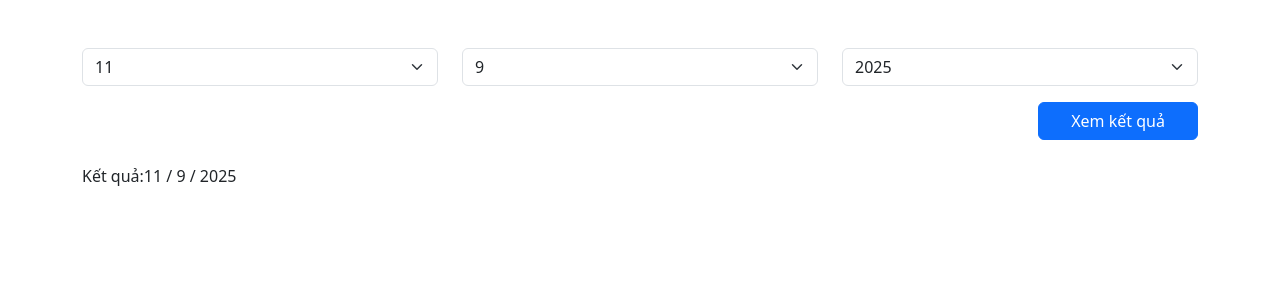
Repository: hoangngocnguyen/JavaNangCao
Page: http://localhost/Test/ngaythang.jsp
These files come from the project's save history. The page is drawn as it stood at one moment and after the next save; the edit follows.
The browser window is 1280 px wide. The pictures show the whole page.
After loading, the first visible `button.btn` was clicked once.
The page is served by Tomcat 10. Other server files are loaded and not shown.

Above is the page before, as saved 2025-09-12 15:29:32.

### Test/src/main/webapp/ngaythang.jsp
<%@page import="java.util.Calendar"%>
<%@ page language="java" contentType="text/html; charset=UTF-8" pageEncoding="UTF-8" %>
<!DOCTYPE html>
<html lang="en">

<head>
    <meta charset="UTF-8">
    <meta name="viewport" content="width=device-width, initial-scale=1.0">
    <title>Ngày Tháng Năm</title>
    <script src="https://cdn.jsdelivr.net/npm/@tailwindcss/browser@4"></script>
    <link href="https://cdn.jsdelivr.net/npm/bootstrap@5.3.8/dist/css/bootstrap.min.css" rel="stylesheet"
        integrity="sha384-sRIl4kxILFvY47J16cr9ZwB07vP4J8+LH7qKQnuqkuIAvNWLzeN8tE5YBujZqJLB" crossorigin="anonymous">
    <style type="text/tailwindcss">
        @theme {
        --color-clifford: #da373d;
      }
    </style>
</head>

<body>
    <div class="container mt-5">
        <div class="flex gap-4">
   			<%
             	Calendar c = Calendar.getInstance();
             	int year = c.get(Calendar.YEAR);
             	int month = c.get(Calendar.MONTH) + 1;
             	int day = c.get(Calendar.DAY_OF_MONTH);


             %>
            <select class="form-select" aria-label="Default select example" id="DaySelect">
                <%
                	for (int i = 1; i <= 31; i++) {
                		if (i == day) {
                %>
                			<option selected value="<%=day %>"><%=day %></option>
                <%		} else { %>

                			<option value="<%=i %>"><%=i %></option>
                <%		}
                	}
                %>

            </select>
            <select class="form-select" aria-label="Default select example" id="MonthSelect">
                <%
                	for (int i = 1; i <= 12; i++) {
                		if (i == month) {
                %>
                			<option selected value="<%=month %>"><%=month %></option>
                <%		} else { %>

                			<option value="<%=i %>"><%=i %></option>
                <%		}
                	}
                %>
            </select>
            <select class="form-select" aria-label="Default select example" id="YearSelect">
                <%
                	for (int i = year - 10; i <= year; i++) {
                		if (i == year) {
                %>
                			<option selected value="<%=year %>"><%=year %></option>
                <%		} else { %>

                			<option value="<%=i %>"><%=i %></option>
                <%		}
                	}
                %>
            </select>
        </div>
        <div class="mt-3 flex justify-end">
            <button class="btn btn-primary w-40" onclick="handleClick()">Xem kết quả</button>
        </div>
        <div class="mt-4">
            Kết quả:<span id="result">...</span>
        </div>


    </div>
</body>
<script>
    const handleClick = () => {
        const day = document.getElementById("DaySelect").value;
        const month = document.getElementById("MonthSelect").value;
        const year = document.getElementById("YearSelect").value;

        const result = document.getElementById("result");
        result.innerText = day + " / " + month + " / " + year
    }
</script>

</html>

After the next save:
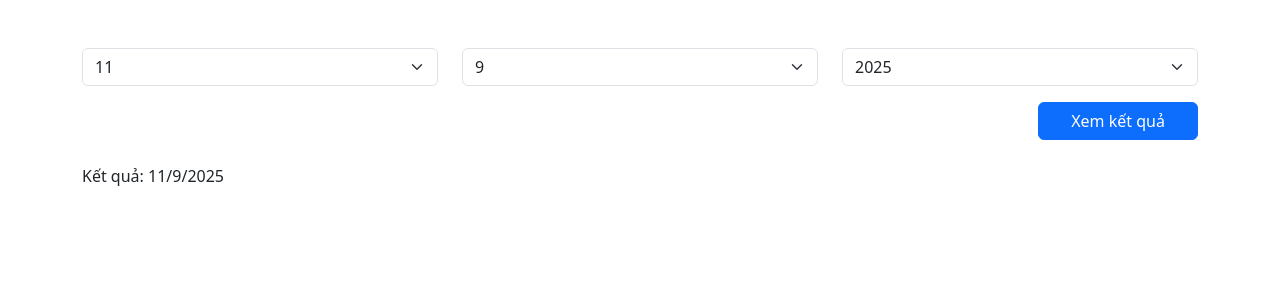
Saved 21 s later.
--- a/Test/src/main/webapp/ngaythang.jsp
+++ b/Test/src/main/webapp/ngaythang.jsp
@@ -86,7 +86,7 @@
         const year = document.getElementById("YearSelect").value;
 
         const result = document.getElementById("result");
-        result.innerText = day + " / " + month + " / " + year
+        result.innerText =" " + day + "/" + month + "/" + year
     }
 </script>
 
